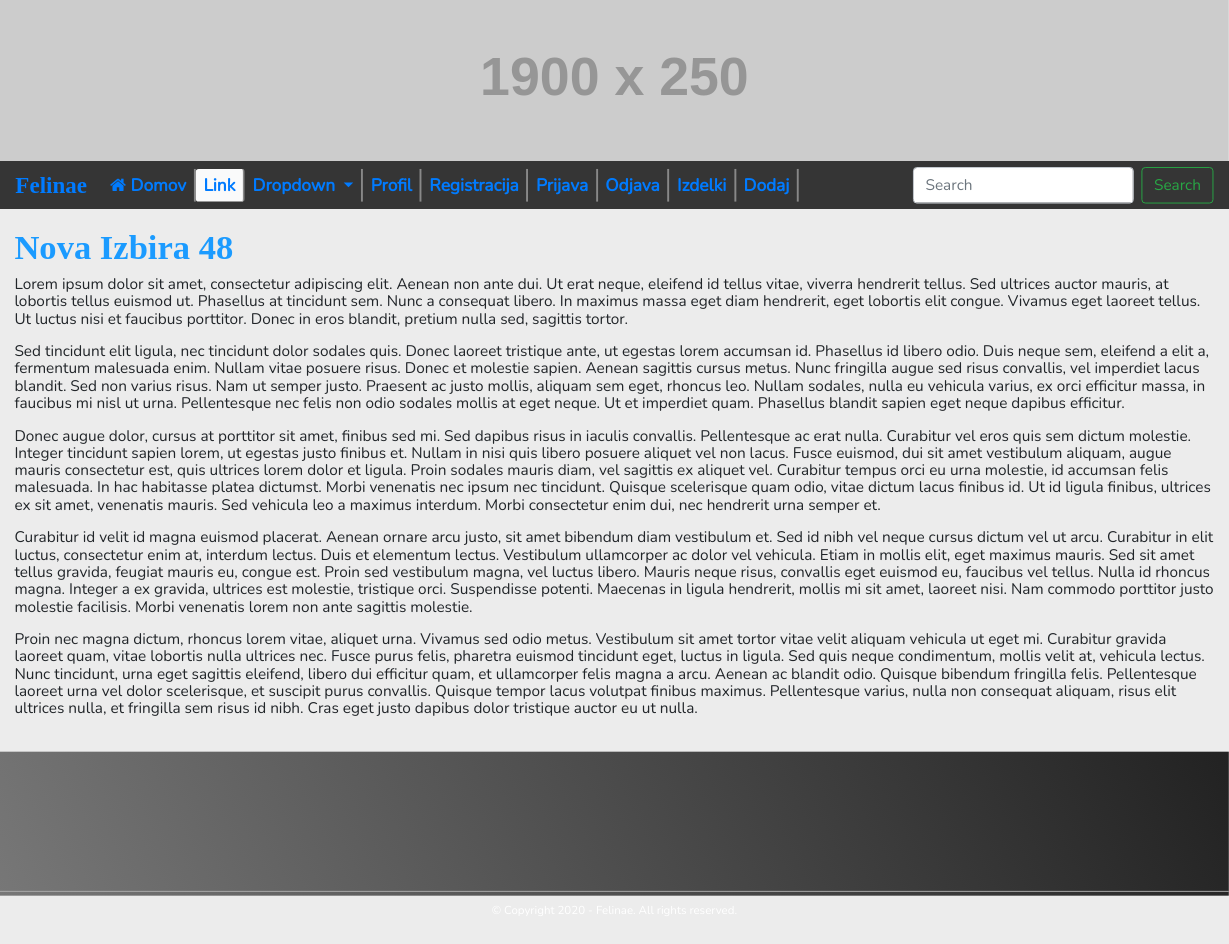
Repository: UrbyK/Felinae
Page: http://localhost/index.php?page=home
These files come from the project's save history. The page is drawn as it stood at one moment and after the next save; the edit follows.
The browser window is 1280 px wide. The pictures show the whole page, at 96% of full size.
Some web fonts or font styles are not loaded; a fallback is used. The page is run by PHP 8.4 with error messages shown; the project is at /var/www/html/.

Above is the page before, as saved 2020-08-29 19:18:53.

### index.php
<?php
    session_start();

    include './functions.php';

    $pdo = pdo_connect_mysql();

    $_GET   = filter_input_array(INPUT_GET, FILTER_SANITIZE_STRING);
    $_POST  = filter_input_array(INPUT_POST, FILTER_SANITIZE_STRING);

    $page = isset($_GET['page']) && file_exists($_GET['page']. '.php') ? $_GET['page'] : 'home';
    include $page . '.php';

    template_footer();

?>

### functions.php
<?php
    include './includes/dbh.inc.php';

    include_once('./includes/search-functions.php');
    include_once('./includes/picture-upload.inc.php');

    function template_header($title){
        include_once('./header.php');
    }

    function template_footer(){
        include_once('./footer.php');
    }


    function countries(){
        $pdo = pdo_connect_mysql();
        $stmt = $pdo->prepare("SELECT * FROM country");
        $stmt->execute();
        $result = $stmt->fetchAll(PDO::FETCH_ASSOC);
        return $result;
    }

    function slugify($string){
        return strtolower(trim(preg_replace('/[^A-Za-z0-9-]+/', '-', $string), '-'));
    }

    function get_image($product_id){
        $pdo = pdo_connect_mysql();
        $stmt = $pdo->prepare("SELECT * FROM product_image WHERE product_id = ?");
        $stmt->execute([$product_id]);
        $result = $stmt->fetchAll(PDO::FETCH_ASSOC);
        return $result;
    }

    function retail_price($product_id){
        $pdo = pdo_connect_mysql();
        $stmt = $pdo->prepare("SELECT * FROM product WHERE ID = ?");
        $stmt->execute([$product_id]);
        $product = $stmt->fetch();

        if($product['startsAt'] <= date('Y-m-d H:i:s') && date('Y-m-d H:i:s') <= $product['endsAt']){
            $retail_price = round($product['price']-($product['price']*($product['discount']/100)), 2);
        }
        else{
            $retail_price = $product['price'];
        }

        return $retail_price;

    }

?>

### includes/dbh.inc.php
<?php
    function pdo_connect_mysql(){
        /* credentials */
        $dbHost = 'localhost';
        $dbUser = 'root';
        $dbPass = '';
        $dbName = 'felinae';

        try{
            return new PDO('mysql:host=' . $dbHost . ';dbname=' . $dbName . ';charset=utf8', $dbUser, $dbPass);
        } catch (PDOException $exception) {
            // If there is an error with the connection, stop the script and display the error.
            die ('Failed to connect to database!'. $exception->getMessage());
        }
    }
?>

### includes/search-functions.php
<?php
    function get_city($pdo, $city, $postalCode, $country_id){

        $query = "SELECT * FROM city WHERE country_id = ? AND lower(city) LIKE lower(?) AND postalCode = ?";
        $stmt = $pdo->prepare($query);
        $stmt->execute([$country_id, $city, $postalCode]);
        return $stmt;
    }
?>

### includes/picture-upload.inc.php
<?php

    function image_upload($product_id, $url, $caption, $i){

        $pdo = pdo_connect_mysql();
        $target_dir = "./uploads/";
        $relative_dir = "./uploads/";

        $change_name = date("Y-m-d-h-i-s")."-".$product_id."-".basename($url);
        $change_name;
        $target_file = $target_dir . $change_name;
        $relative_file = $relative_dir . $change_name;

        $uploadOk = 1;
        $imageFileType = strtolower(pathinfo($target_file,PATHINFO_EXTENSION));

        if(isset($_POST["submit"])) {
            $check = getimagesize($_FILES["image"]["tmp_name"][$i]);
            if($check !== false) {
                //echo "File is an image - " . $check["mime"] . ".";
                $uploadOk = 1;
            } else {
                //echo "File is not an image.";
                $uploadOk = 0;
            }
        }

        if($imageFileType != "jpg" && $imageFileType != "png" && $imageFileType != "jpeg"
        && $imageFileType != "gif" ) {
            $uploadOk = 0;
        }

        if ($uploadOk == 1) {
            if (move_uploaded_file($_FILES["image"]["tmp_name"][$i], $target_file)) {
                //vse je ok, zapišem še v bazo
                $query = "INSERT INTO product_image(product_id, image, caption) VALUES (?,?,?)";
                $stmt = $pdo->prepare($query);
                $stmt->execute([$product_id, $relative_file, $caption]);
            }
        }
    }

?>

### home.php
<?=template_header('Home')?>
<div class="row">
    <h1>Nova Izbira 48</h1>
    <p>
    Lorem ipsum dolor sit amet, consectetur adipiscing elit. Aenean non ante dui. Ut erat neque, eleifend id tellus vitae, viverra hendrerit tellus. Sed ultrices auctor mauris, at lobortis tellus euismod ut. Phasellus at tincidunt sem. Nunc a consequat libero. In maximus massa eget diam hendrerit, eget lobortis elit congue. Vivamus eget laoreet tellus. Ut luctus nisi et faucibus porttitor. Donec in eros blandit, pretium nulla sed, sagittis tortor.
    </p>
    <p>
    Sed tincidunt elit ligula, nec tincidunt dolor sodales quis. Donec laoreet tristique ante, ut egestas lorem accumsan id. Phasellus id libero odio. Duis neque sem, eleifend a elit a, fermentum malesuada enim. Nullam vitae posuere risus. Donec et molestie sapien. Aenean sagittis cursus metus. Nunc fringilla augue sed risus convallis, vel imperdiet lacus blandit. Sed non varius risus. Nam ut semper justo. Praesent ac justo mollis, aliquam sem eget, rhoncus leo. Nullam sodales, nulla eu vehicula varius, ex orci efficitur massa, in faucibus mi nisl ut urna. Pellentesque nec felis non odio sodales mollis at eget neque. Ut et imperdiet quam. Phasellus blandit sapien eget neque dapibus efficitur.
    </p>
    <p>
    Donec augue dolor, cursus at porttitor sit amet, finibus sed mi. Sed dapibus risus in iaculis convallis. Pellentesque ac erat nulla. Curabitur vel eros quis sem dictum molestie. Integer tincidunt sapien lorem, ut egestas justo finibus et. Nullam in nisi quis libero posuere aliquet vel non lacus. Fusce euismod, dui sit amet vestibulum aliquam, augue mauris consectetur est, quis ultrices lorem dolor et ligula. Proin sodales mauris diam, vel sagittis ex aliquet vel. Curabitur tempus orci eu urna molestie, id accumsan felis malesuada. In hac habitasse platea dictumst. Morbi venenatis nec ipsum nec tincidunt. Quisque scelerisque quam odio, vitae dictum lacus finibus id. Ut id ligula finibus, ultrices ex sit amet, venenatis mauris. Sed vehicula leo a maximus interdum. Morbi consectetur enim dui, nec hendrerit urna semper et.
    </p>
    <p>
    Curabitur id velit id magna euismod placerat. Aenean ornare arcu justo, sit amet bibendum diam vestibulum et. Sed id nibh vel neque cursus dictum vel ut arcu. Curabitur in elit luctus, consectetur enim at, interdum lectus. Duis et elementum lectus. Vestibulum ullamcorper ac dolor vel vehicula. Etiam in mollis elit, eget maximus mauris. Sed sit amet tellus gravida, feugiat mauris eu, congue est. Proin sed vestibulum magna, vel luctus libero. Mauris neque risus, convallis eget euismod eu, faucibus vel tellus. Nulla id rhoncus magna. Integer a ex gravida, ultrices est molestie, tristique orci. Suspendisse potenti. Maecenas in ligula hendrerit, mollis mi sit amet, laoreet nisi. Nam commodo porttitor justo molestie facilisis. Morbi venenatis lorem non ante sagittis molestie.
    </p>
    <p>
    Proin nec magna dictum, rhoncus lorem vitae, aliquet urna. Vivamus sed odio metus. Vestibulum sit amet tortor vitae velit aliquam vehicula ut eget mi. Curabitur gravida laoreet quam, vitae lobortis nulla ultrices nec. Fusce purus felis, pharetra euismod tincidunt eget, luctus in ligula. Sed quis neque condimentum, mollis velit at, vehicula lectus. Nunc tincidunt, urna eget sagittis eleifend, libero dui efficitur quam, et ullamcorper felis magna a arcu. Aenean ac blandit odio. Quisque bibendum fringilla felis. Pellentesque laoreet urna vel dolor scelerisque, et suscipit purus convallis. Quisque tempor lacus volutpat finibus maximus. Pellentesque varius, nulla non consequat aliquam, risus elit ultrices nulla, et fringilla sem risus id nibh. Cras eget justo dapibus dolor tristique auctor eu ut nulla.
    </p>
</div>

<?=template_footer()?>

### header.php
<!DOCTYPE html>
<html>
    <head>
        <meta charset="utf-8" content="text/html"/>
        <meta name="viewport" content="width=device-width, intital-scale=1.0"/>

        <!-- JavaScript -->
        <script src="https://code.jquery.com/jquery-3.5.1.js" integrity="sha256-QWo7LDvxbWT2tbbQ97B53yJnYU3WhH/C8ycbRAkjPDc=" crossorigin="anonymous"></script>
        <!-- Boostrap -->
            <!-- CSS -->
        <link rel="stylesheet" href="https://stackpath.bootstrapcdn.com/bootstrap/4.5.0/css/bootstrap.min.css"
            integrity="sha384-9aIt2nRpC12Uk9gS9baDl411NQApFmC26EwAOH8WgZl5MYYxFfc+NcPb1dKGj7Sk" crossorigin="anonymous" />

            <!-- JavaScript -->
        <script src="https://stackpath.bootstrapcdn.com/bootstrap/4.5.0/js/bootstrap.bundle.min.js"
             integrity="sha384-1CmrxMRARb6aLqgBO7yyAxTOQE2AKb9GfXnEo760AUcUmFx3ibVJJAzGytlQcNXd" crossorigin="anonymous"></script>

        <!-- FONTAWESOME -->
        <link rel="stylesheet" href="https://stackpath.bootstrapcdn.com/font-awesome/4.7.0/css/font-awesome.min.css" integrity="sha384-wvfXpqpZZVQGK6TAh5PVlGOfQNHSoD2xbE+QkPxCAFlNEevoEH3Sl0sibVcOQVnN"
         crossorigin="anonymous">

         <script src="./js/active-menu.js" crossorigin="anonymous"></script>

         <!--CUSTOM CSS-->
         <link rel="stylesheet" href="./css/style.css">

        <title>Felinae</title>
    </head>

    <body>

        <header>
            <div class="banner"><img src="https://via.placeholder.com/1900x250" alt="banner"></div>
        </header>

       <!-- <nav class="navbar sticky-top navbar-expand-lg navbar-light bg-light ">-->
        <nav class="navbar sticky-top navbar-expand-lg">
            <a class="navbar-brand" href="#">Felinae</a>
            <button class="navbar-toggler ml-auto custom-toggler" type="button" data-toggle="collapse" data-target="#navbarSupportedContent" aria-controls="navbarSupportedContent" aria-expanded="false" aria-label="Toggle navigation">
                <span class="navbar-toggler-icon"></span>
            </button>

            <div class="collapse navbar-collapse" id="navbarSupportedContent">

                <ul class="navbar-nav mr-auto">
                    <li class="nav-item">
                        <a class="nav-link" href="./index.php"><i class="fa fa-home" aria-hidden="true"></i> Domov <span class="sr-only">(current)</span></a>
                    </li>
                    <li class="nav-item">
                        <a class="nav-link" href="./index.php?page=home">Link</a>
                    </li>
                    <li class="nav-item dropdown" >
                        <a class="nav-link dropdown-toggle" href="#" id="navbarDropdown" role="button" data-toggle="dropdown" aria-haspopup="true" aria-expanded="false">
                        Dropdown
                        </a>
                        <div class="dropdown-menu" aria-labelledby="navbarDropdown">
                        <a class="dropdown-item" href="#">Action</a>
                        <a class="dropdown-item" href="#">Another action</a>
                        <div class="dropdown-divider"></div>
                        <a class="dropdown-item" href="#">Something else here</a>
                        </div>
                    </li>

                    <li class="nav-item">
                        <a class="nav-link" href="./index.php?page=profile">Profil</a>
                    </li>
                    <li class="nav-item">
                        <a class="nav-link" href="./index.php?page=register-user">Registracija</a>
                    </li>
                    <li class="nav-item">
                        <a class="nav-link" href="./index.php?page=login">Prijava</a>
                    </li>
                    <li class="nav-item">
                        <a class="nav-link" href="./index.php?page=logout">Odjava</a>
                    </li>
                    <li class="nav-item">
                        <a class="nav-link" href="./index.php?page=products">Izdelki</a>
                    </li>
                    <li class="nav-item">
                        <a class="nav-link" href="./index.php?page=product-add">Dodaj</a>
                    </li>

                </ul>

                <form class="form-inline my-2 my-lg-0">
                    <input class="form-control mr-sm-2" type="search" placeholder="Search" aria-label="Search">
                    <button class="btn btn-outline-success my-2 my-sm-0" type="submit">Search</button>
                </form>

            </div>
        </nav>

    <div class="container-fluid">

### footer.php
    </div><!-- class="container-fluid" --->

        <footer class="page-footer font-small flow-footer" id="footer" role="contentinfo">
            <div class="footer-wrapper">
                <div class="container container-footer">
                    <div class="row">
                        <div class="col-12">
                            <ul class="social-network social-circle">
                                <li><a href="https://www.facebook.com" target="_blank" class="icoFacebook" title="Facebook"><i class="fab fa-facebook-f"></i></a></li>
                                <li><a href="https://www.linkedin.com" target="_blank" class="icoLinkedin" title="Linkedin"><i class="fab fa-linkedin-in"></i></a></li>
                                <li><a href="https://www.youtube.com" target="_blank" class="icoYoutube" title="Youtube"><i class="fab fa-youtube"></i></a></li>
                                <li><a href="https://twitter.com" target="_blank" class="icoTwitter" title="Twitter"><i class="fab fa-twitter"></i></a></li>
                            </ul>
                            </div>
                        </div>
                    </div>
                    <div class="row">
                        <div class="col-12 copy">
                            <p class="text-center">&copy; Copyright 2020 - Felinae.  All rights reserved.</p>
                        </div>
                    </div>
                </div>
            </div>
        </footer>





    </body>
</html>

Loaded but not shown: js/active-menu.js (12 lines, source omitted); css/style.css (498 lines, source omitted)

After the next save:
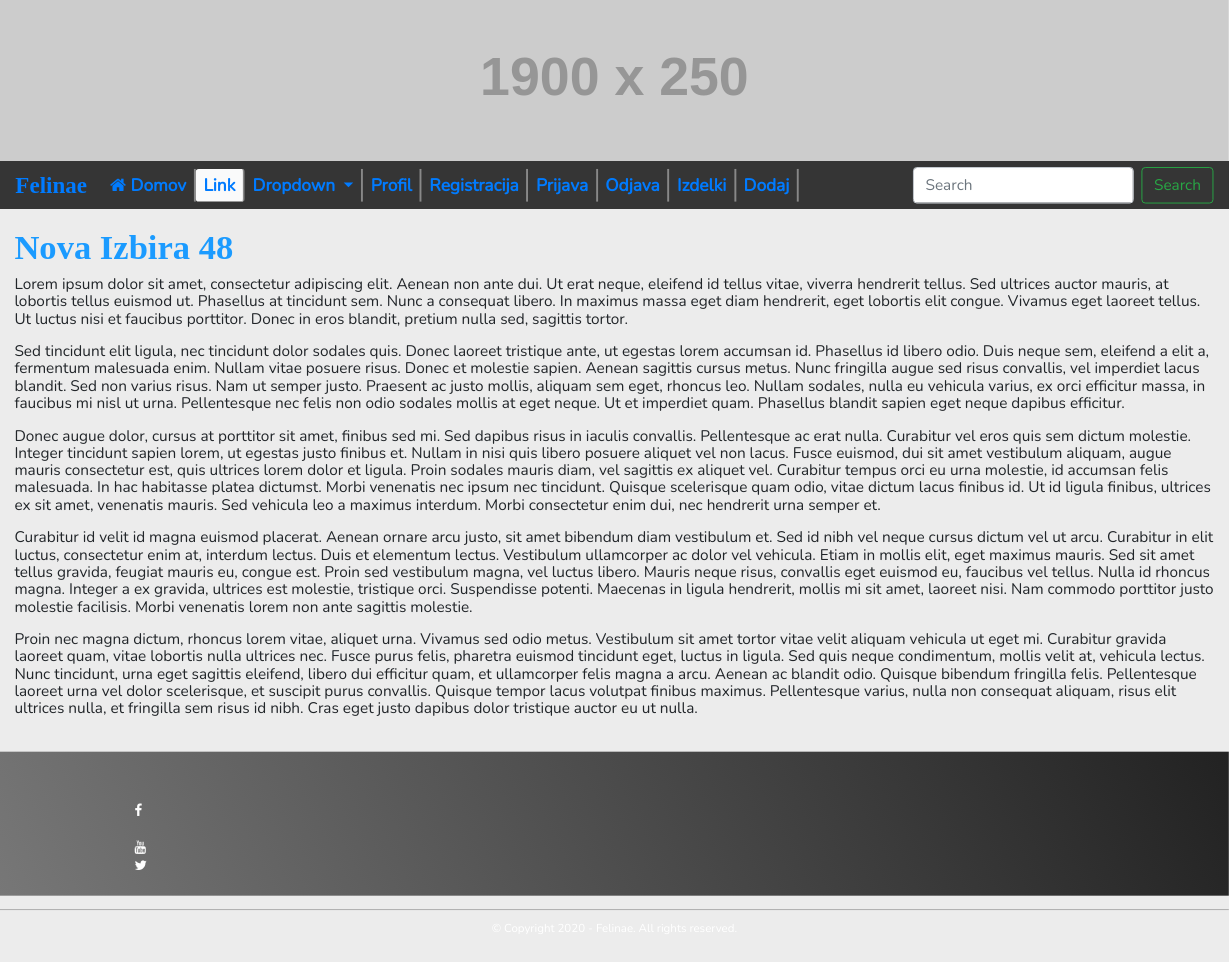
Saved 22 s later.
--- a/footer.php
+++ b/footer.php
@@ -6,10 +6,10 @@
                     <div class="row">
                         <div class="col-12">
                             <ul class="social-network social-circle">
-                                <li><a href="https://www.facebook.com" target="_blank" class="icoFacebook" title="Facebook"><i class="fab fa-facebook-f"></i></a></li>
-                                <li><a href="https://www.linkedin.com" target="_blank" class="icoLinkedin" title="Linkedin"><i class="fab fa-linkedin-in"></i></a></li>
-                                <li><a href="https://www.youtube.com" target="_blank" class="icoYoutube" title="Youtube"><i class="fab fa-youtube"></i></a></li>
-                                <li><a href="https://twitter.com" target="_blank" class="icoTwitter" title="Twitter"><i class="fab fa-twitter"></i></a></li>
+                                <li><a href="https://www.facebook.com" target="_blank" class="icoFacebook" title="Facebook"><i class="fa fa-facebook-f"></i></a></li>
+                                <li><a href="https://www.linkedin.com" target="_blank" class="icoLinkedin" title="Linkedin"><i class="fa fa-linkedin-in"></i></a></li>
+                                <li><a href="https://www.youtube.com" target="_blank" class="icoYoutube" title="Youtube"><i class="fa fa-youtube"></i></a></li>
+                                <li><a href="https://twitter.com" target="_blank" class="icoTwitter" title="Twitter"><i class="fa fa-twitter"></i></a></li>
                             </ul>
                             </div>
                         </div>
